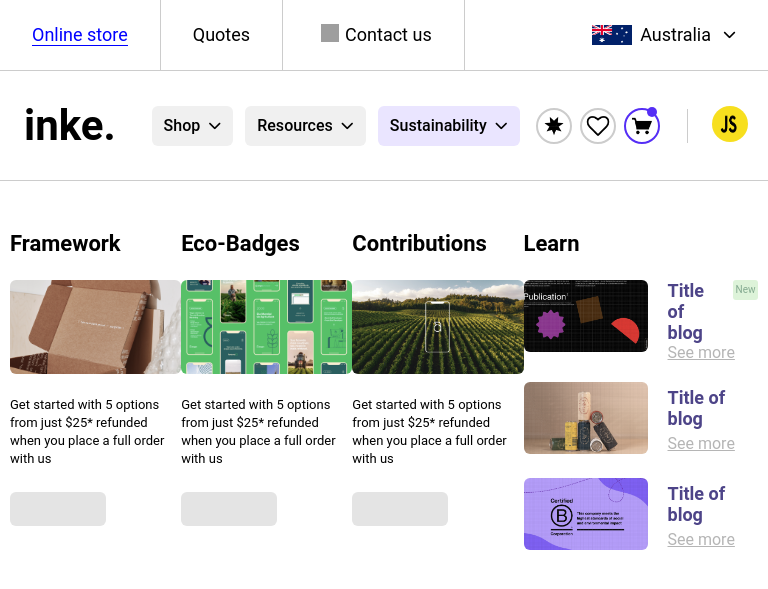
Repository: NguyenMinhKhanhB1909929/Practice_HTML-01
Page: index.html
The author's editor kept a copy of each file at every save. The page is drawn from the files as they stood at one save, then again after the next save.
The browser window is 768 px wide. The pictures show the whole page.
Pictures or frames that could not be fetched are drawn as grey boxes. Some web libraries are served in a nearby version.

Above is the page before, as saved 2022-04-07 18:55:45.

After the next save:
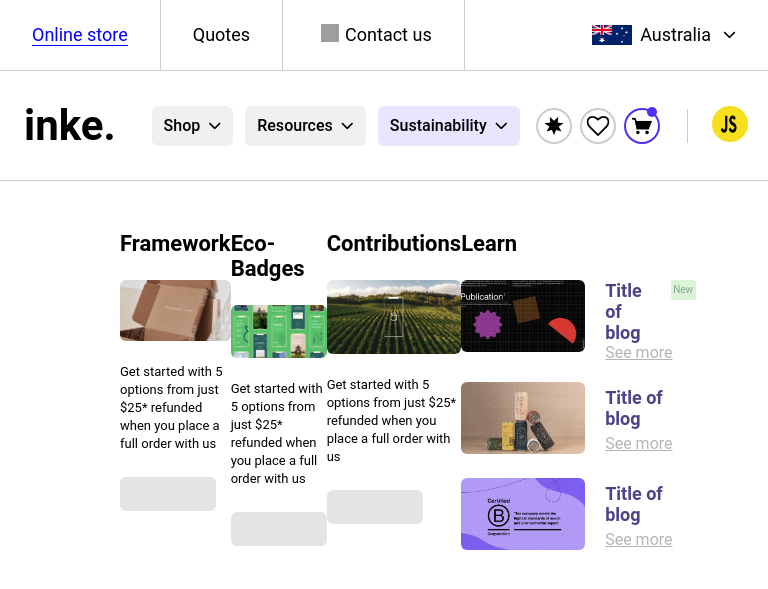
Saved 8 s later.
--- a/asset/style/style.css
+++ b/asset/style/style.css
@@ -294,9 +294,9 @@ a {
     margin-right: 20px;
   }
   /* Container */
-  .container {
+  /* .container {
     margin: 0 10px;
-  }
+  } */
   /* .row {
     flex-wrap: wrap;
   } */
